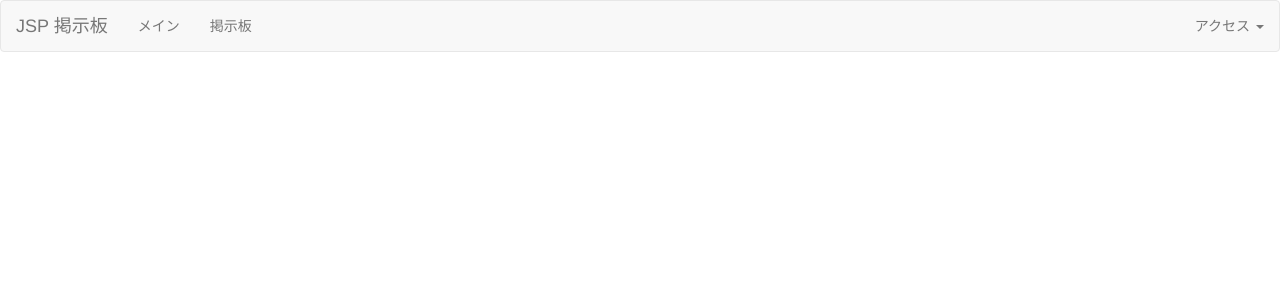
Repository: dengpu/JSP
Page: http://localhost/BBS/main.jsp
An editor plug-in stored every save of this project. The page is shown before and after the next save, followed by the edit.
The browser window is 1280 px wide. The pictures show the whole page.
Some web libraries are served in a nearby version. The page is served by Tomcat 9. Other server files are loaded and not shown.

Above is the page before, as saved 2017-05-15 06:45:52.

### BBS/WebContent/main.jsp
<%@ page language="java" contentType="text/html; charset=UTF-8"
	pageEncoding="UTF-8"%>
<!DOCTYPE html>
<html>
<head>
<meta http-equiv="Content-Type" content="text/html; charset=UTF-8">
<meta name="viewport" content="width=device-width, initial-scale=1">
<link rel="stylesheet" href="css/bootstrap.css">
<title>JSP 掲示板</title>
</head>
<body>
<%
	String ID = null;
if(session.getAttribute("ID") != null){
	ID = (String) session.getAttribute("ID");
}
%>


	<nav class="navbar navbar-default">
		<div class="navbar-header">
			<button type=button class="navbar-toggle collapsed"
				data-toggle="collapse" data-target="#bs-example-navbar-collapse-1"
				aria-expanded="false">
				<span class="icon-bar"></span> <span class="icon-bar"></span> <span
					class="icon-bar"></span>

			</button>
			<a class="navbar-brand" href="main.jsp">JSP 掲示板</a>
		</div>
		<div class="collapse navbar-collapse"
			id="bs-example-navbar-collapse-1">
			<ul class="nav navbar-nav ">
				<li><a href="main.jsp">メイン</a></li>
				<li><a href="bbs.jsp">掲示板</a></li>
			</ul>

			<ul class="nav navbar-nav navbar-right">
				<li class="dropdown"><a href="#" class="dropdown-toggle"
					data-toggle="dropdown" role="button" aria-haspopup="true"
					aria-expanded="false">アクセス <span class="caret"></span>

				</a>
					<ul class="dropdown-menu">
						<li ><a href="login.jsp">ログイン</a></li>
						<li class="active"><a href="join.jsp">会員登録</a></li>

					</ul></li>
			</ul>
		</div>



	</nav>

	<script src="https://code.jquery.com/jquery-3.1.1.min.js"></script>
	<script src="js/bootstrap.js"></script>

</body>
</html>

Loaded but not shown: BBS/WebContent/css/bootstrap.css (library); BBS/WebContent/js/bootstrap.js (library)

After the next save:
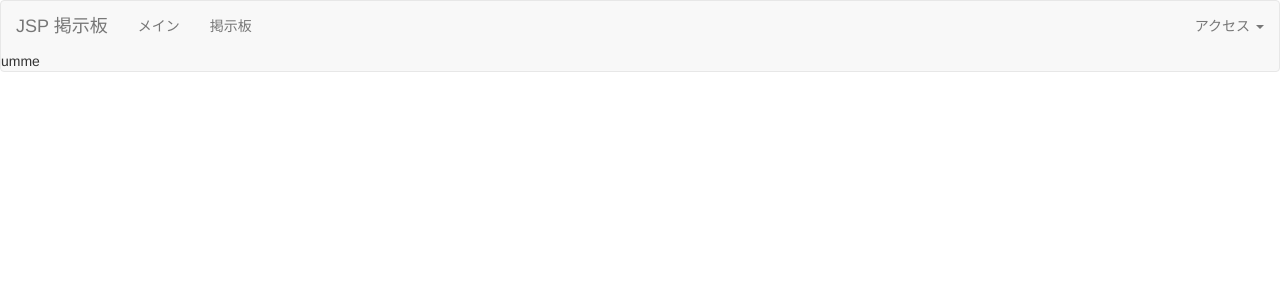
Saved 6 s later.
--- a/BBS/WebContent/main.jsp
+++ b/BBS/WebContent/main.jsp
@@ -48,7 +48,7 @@
 					</ul></li>
 			</ul>
 		</div>
-
+		umme
 
 
 	</nav>
